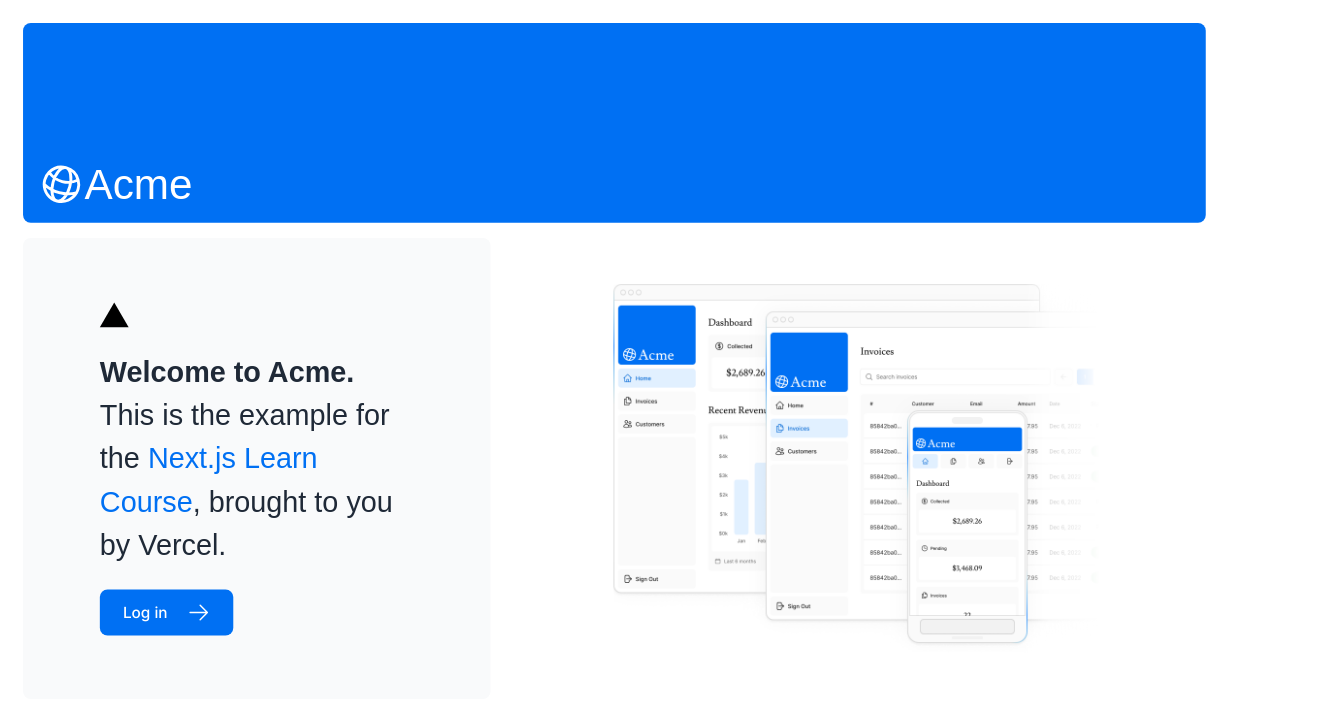
Repository: yasserrrz/next-dahshboard
Page: /
An editor plug-in stored every save of this project. The page is shown before and after the next save, followed by the edit.
The browser window is 1280 px wide. The page is 1280 px wide, then 1397 px, so the pictures cover 1397 px, including what lies to the right of the window. The pictures show the whole page, at 96% of full size.
Some web fonts or font styles are not loaded; a fallback is used. The project was rebuilt for these pictures with package versions that can differ from the ones it lists, and the page was loaded fresh each time. The framework's server and built-in components were replaced by stand-ins that run in the browser. Also part of the build but not shown: next.config.mjs.

Above is the page before, as saved 2024-10-23 09:29:51.

### app/layout.tsx
import '@/app/ui/global.css';
import { inter } from './ui/fonts';
export default function RootLayout({
  children,
}: {
  children: React.ReactNode;
}) {
  return (
    <html lang="en">
       <body className={`${inter.className} antialiased`}>{children}</body>
    </html>
  );
}

### app/page.tsx
import AcmeLogo from "@/app/ui/acme-logo";
import { ArrowRightIcon } from "@heroicons/react/24/outline";
import Link from "next/link";
import { lusitana } from "./ui/fonts";
import Image from "next/image";

export default function Page() {
  return (
    <main className="flex min-h-screen flex-col p-6">
      <div className="flex h-20 shrink-0 items-end rounded-lg bg-blue-500 p-4 md:h-52">
        <AcmeLogo />
      </div>
      <div className="mt-4 flex grow flex-col gap-4 md:flex-row">
        <div className="flex flex-col justify-center gap-6 rounded-lg bg-gray-50 px-6 py-10 md:w-2/5 md:px-20">
          <div className="relative w-0 h-0 border-l-[15px] border-r-[15px] border-b-[26px] border-l-transparent border-r-transparent border-b-black" />
          <p
            className={`text-xl text-gray-800 md:text-3xl md:leading-normal ${lusitana.className}`}
          >
            <strong>Welcome to Acme.</strong> This is the example for the{" "}
            <a href="https://nextjs.org/learn/" className="text-blue-500">
              Next.js Learn Course
            </a>
            , brought to you by Vercel.
          </p>
          <Link
            href="/login"
            className="flex items-center gap-5 self-start rounded-lg bg-blue-500 px-6 py-3 text-sm font-medium text-white transition-colors hover:bg-blue-400 md:text-base"
          >
            <span>Log in</span> <ArrowRightIcon className="w-5 md:w-6" />
          </Link>
        </div>
        <div className="flex items-center justify-center p-6 md:w-3/5 md:px-28 md:py-12">
          {/* Add Hero Images Here */}
          <Image
        src="/hero-desktop.png"
        width={1000}
        height={760}
        className="hidden md:block"
        alt="Screenshots of the dashboard project showing desktop version"
      />
        </div>
      </div>
    </main>
  );
}

Loaded but not shown: app/ui/global.css (common file); app/ui/fonts.ts (common file); app/ui/acme-logo.tsx (common file); tailwind.config.ts (common file)

After the next save:
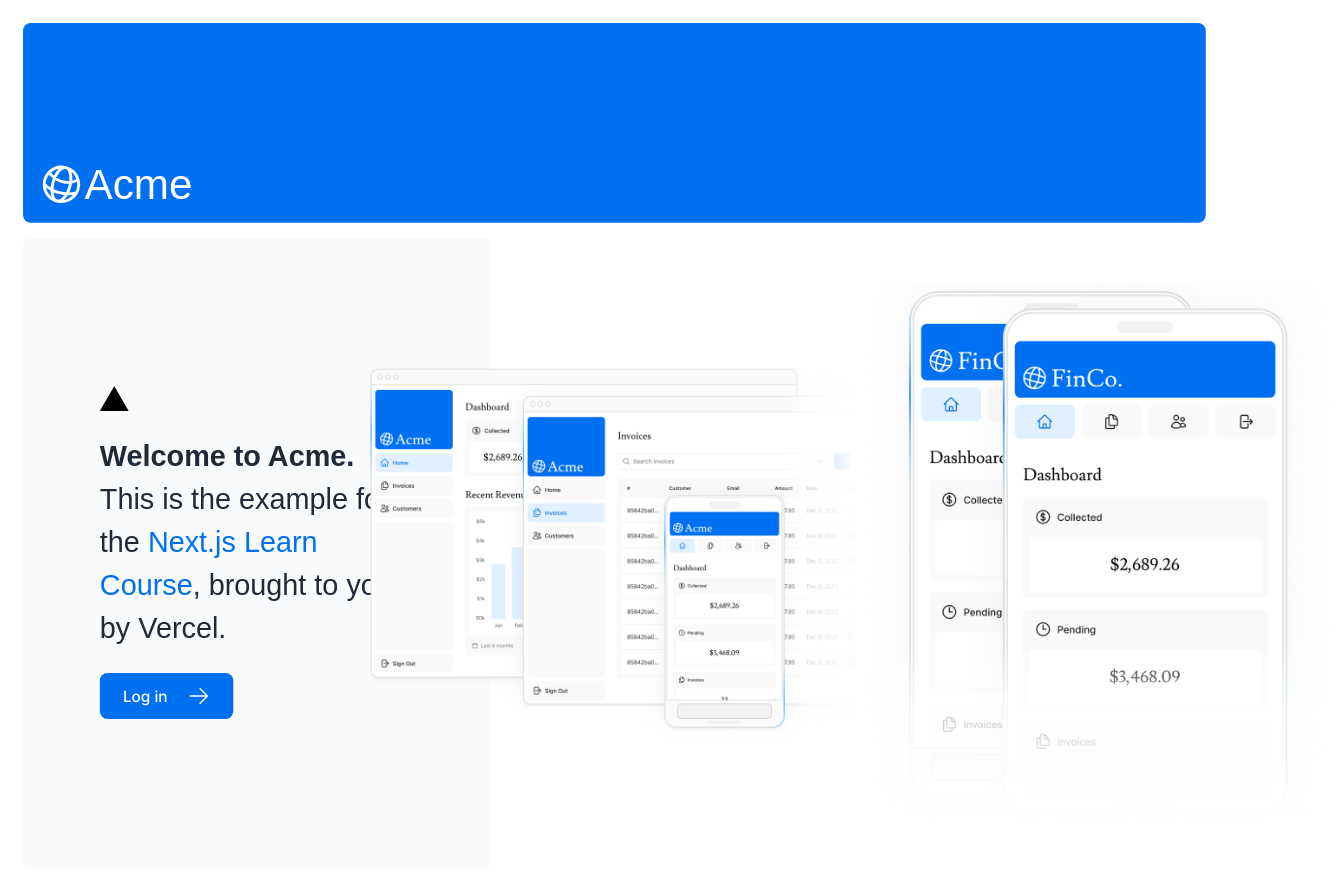
Saved 5 min 23 s later.
--- a/app/page.tsx
+++ b/app/page.tsx
@@ -38,6 +38,13 @@
         className="hidden md:block"
         alt="Screenshots of the dashboard project showing desktop version"
       />
+            <Image
+        src="/hero-mobile.png"
+        width={1000}
+        height={760}
+        className="hidden md:block"
+        alt="Screenshots of the dashboard project showing desktop version"
+      />
         </div>
       </div>
     </main>
